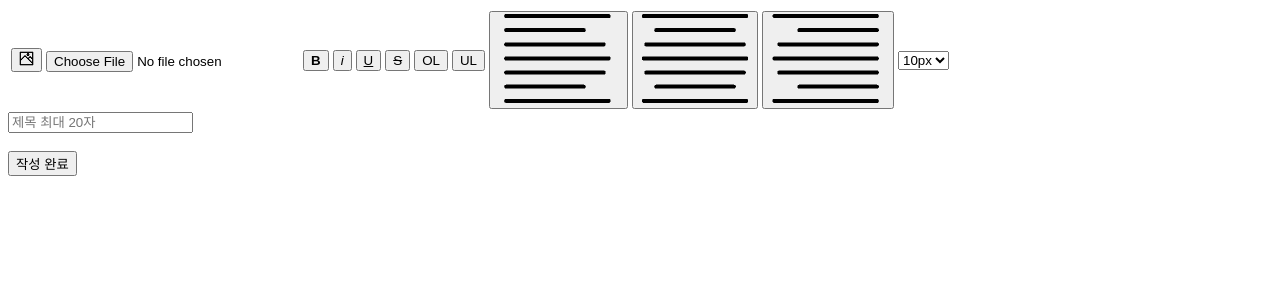
Repository: GOHO97/Haheeho
Page: http://localhost/Haheeho_Adblock/WEB-INF/views/board/boardWrite.jsp
An editor plug-in stored every save of this project. The page is shown before and after the next save, followed by the edit.
The browser window is 1280 px wide. The pictures show the whole page.
The page is served by Tomcat 9. Nobody is signed in. Other server files are loaded and not shown. The template is opened directly, without the code that normally fills it, so the values that code supplies are empty.

Above is the page before, as saved 2022-11-09 02:28:32.

### Haheeho_Adblock/src/main/webapp/WEB-INF/views/board/boardWrite.jsp
<%@ page language="java" contentType="text/html; charset=UTF-8"
    pageEncoding="UTF-8"%>
<!DOCTYPE html>
<html>
<head>
<meta charset="UTF-8">
<title>Insert title here</title>
</head>
<body>
	<table id="editor-menu">
		<tr>
			<td align="center">
				<button id="btn-image">
					<img src="resources/img/images.png" id="images-img">
				</button>
				<input id="imgSelector" type="file" accept="image/*"/>
			</td>
			<td align="center">
				<button id="btn-bold">
					<b>B</b>
				</button>
			</td>
			<td align="center">
				<button id="btn-italic">
					<i>i</i>
				</button>
			</td>
			<td align="center">
				<button id="btn-underline">
					<u>U</u>
				</button>
			</td>
			<td align="center">
				<button id="btn-strike">
					<s>S</s>
				</button>
			</td>
			<td align="center">
				<button id="btn-ordered-list">
					OL
				</button>
			</td>
			<td align="center">
				<button id="btn-unordered-list">
					UL
				</button>
			</td>
			<td align="center">
				<button id="btn-align-left">
					<img src="resources/img/font_left.png" id="btn-align-left-img">
				</button>
			</td>
			<td align="center">
				<button id="btn-align-center">
					<img src="resources/img/font_center.png" id="btn-align-center-img">
				</button>
			</td>
			<td align="center">
				<button id="btn-align-right">
					<img src="resources/img/font_right.png" id="btn-align-right-img">
				</button>
			</td>
			<td>
				<select id="select-fontSize">
					<option value="1">10px</option>
					<option value="2">13px</option>
					<option value="3">16px</option>
					<option value="4">18px</option>
					<option value="5">24px</option>
					<option value="6">32px</option>
					<option value="7">48px</option>
				</select>
			</td>
		</tr>
	</table>
	<div>
		<input id="b_title" placeholder="제목 최대 20자" maxlength="20">
	</div>
	<div contenteditable="true" id="boardEditor"></div>
	<div id="boardSubmitDiv">
		<button id="boardWriteButton">작성 완료</button>
	</div>
	<div style="display: none;">
		<input id="m_id" value="${sessionScope.loginStatus.m_id }" type="hidden">
		<input id="m_username" value="${sessionScope.loginStatus.m_username }" type="hidden">
	</div>
</body>
<script type="text/javascript" src="resources/js/boardEditor.js"></script>
<script type="text/javascript" src="resources/js/boardWrite.js"></script>
</html>

### Haheeho_Adblock/src/main/webapp/resources/js/boardEditor.js

const boardEditor = document.getElementById('boardEditor');
const btnBold = document.getElementById('btn-bold');
const btnItalic = document.getElementById('btn-italic');
const btnUnderline = document.getElementById('btn-underline');
const btnStrike = document.getElementById('btn-strike');
const btnOrderedList = document.getElementById('btn-ordered-list');
const btnUnorderedList = document.getElementById('btn-unordered-list');

const btnAlignLeft = document.getElementById('btn-align-left');
const btnAlignCenter = document.getElementById('btn-align-center');
const btnAlignRight = document.getElementById('btn-align-right');
const selectFontSize = document.getElementById('select-fontSize');

const btnImage = document.getElementById('btn-image');
const imageSelector = document.getElementById('imgSelector');

// 텍스트 관련 이벤트
btnBold.addEventListener('click', () => {setStyle('bold')});
btnItalic.addEventListener('click', () => {setStyle('italic')});
btnUnderline.addEventListener('click', () => {setStyle('underline')});
btnStrike.addEventListener('click', () => {setStyle('strikeThrough')});
btnOrderedList.addEventListener('click', () => {setStyle('insertOrderedList')});
btnUnorderedList.addEventListener('click', () => {setStyle('insertUnorderedList')});
btnAlignRight.addEventListener('click', () => {setAlign('justifyRight')});
btnAlignLeft.addEventListener('click', () => {setAlign('justifyLeft')});
btnAlignCenter.addEventListener('click', () => {setAlign('justifyCenter')});
selectFontSize.addEventListener('change', () => {setFontSize()});

// img 관련 이벤트
btnImage.addEventListener('click', () => {imageSelector.click()});

imageSelector.addEventListener('change', (e) => {
    const files = e.target.files;
    // !!는 [undefined, "", 0] 일 경우 결과는 false 그 외에 결과는 모두 true
    if(!!files) {
        insertImageDate(files[0]);
    }
});

function insertImageDate(file) {
    const reader = new FileReader();
    reader.addEventListener('load', (e) => {
        focusEditor();
        document.execCommand('insertImage', false, `${reader.result}`);
    });
    reader.readAsDataURL(file);
}

function setStyle(style) {
    document.execCommand(style);
    focusEditor();
}

function setAlign(align) {
    document.execCommand(align);
    focusEditor();
}

function setFontSize(){
    const size = selectFontSize.options[selectFontSize.selectedIndex].value;
    document.execCommand("fontSize", false, size);
    focusEditor();
}

function focusEditor() {
    boardEditor.focus({preventScroll: true});
}

### Haheeho_Adblock/src/main/webapp/resources/js/boardWrite.js
if (typeof writeButton == 'undefined'){
	let writeButton = null;
}

if (document.getElementById("m_username") != null){
	writeButton = document.getElementById('boardWriteButton');
	writeButton.addEventListener('click', () => {submitBoard()});
} else {
	writeButton = document.getElementById('boardModifyButton');
	writeButton.addEventListener('click', () => {modifyBoard()});
}


function submitBoard() {
	const submitNodeURL = "http://sdgn-djvemfu.tplinkdns.com:6776/board.submit"
	const b_m_id = document.getElementById('m_id').value;
	const b_m_username = document.getElementById('m_username').value;
	const b_title = document.getElementById('b_title').value;
	const b_content = document.getElementById("boardEditor").innerHTML;
	if (b_title != "" && b_content != ""){
		$.ajax({
			type: "POST",
			url: "board.write.submit",
			data: {b_m_id: b_m_id, b_m_username: b_m_username, b_title: b_title},
			success: (result) => {
				const b_number = result["b_number"];
				$.ajax({
					type: "POST",
					url: submitNodeURL,
					data: {b_number: b_number, b_content: b_content},
					success: (end) => {
						location.href= `board.show.content?b_number=${b_number}`;
					}
				});
			}
		});
	} else {
		alert("제목과 글 내용을 입력 해주세요.");
		document.getElementById('b_title').focus();
	}
}


function modifyBoard() {
	const modifyNodeURL = "http://sdgn-djvemfu.tplinkdns.com:6776/board.modify"
	const b_title = document.getElementById('b_title').value;
	const b_content = document.getElementById("boardEditor").innerHTML;
	if (b_title != "" && b_content != ""){
		$.ajax({
			type: "POST",
			url: modifyNodeURL,
			data: {b_number: sequenceNumber, b_content: b_content},
			success: (end) => {
			}
		});
		$.ajax({
			type: "POST",
			url: "board.modify.submit",
			data: {b_number: sequenceNumber, b_title: b_title},
			success: (result) => {
				location.href= `board.show.content?b_number=${sequenceNumber}`;
				alert(result["result"]);
			}
		});
	} else {
		alert("제목과 글 내용을 입력 해주세요.");
		document.getElementById('b_title').focus();
	}
}

After the next save:
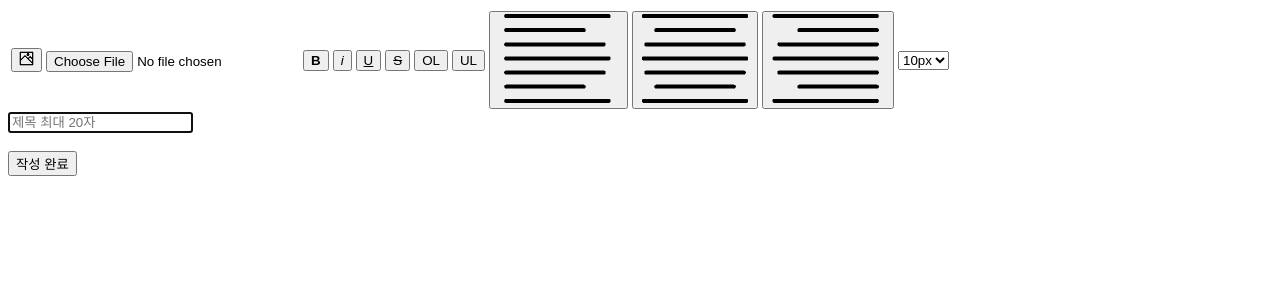
Saved 60 s later.
--- a/Haheeho_Adblock/src/main/webapp/WEB-INF/views/board/boardWrite.jsp
+++ b/Haheeho_Adblock/src/main/webapp/WEB-INF/views/board/boardWrite.jsp
@@ -74,7 +74,7 @@
 		</tr>
 	</table>
 	<div>
-		<input id="b_title" placeholder="제목 최대 20자" maxlength="20">
+		<input id="b_title" placeholder="제목 최대 20자" maxlength="20" autofocus="autofocus">
 	</div>
 	<div contenteditable="true" id="boardEditor"></div>
 	<div id="boardSubmitDiv">
